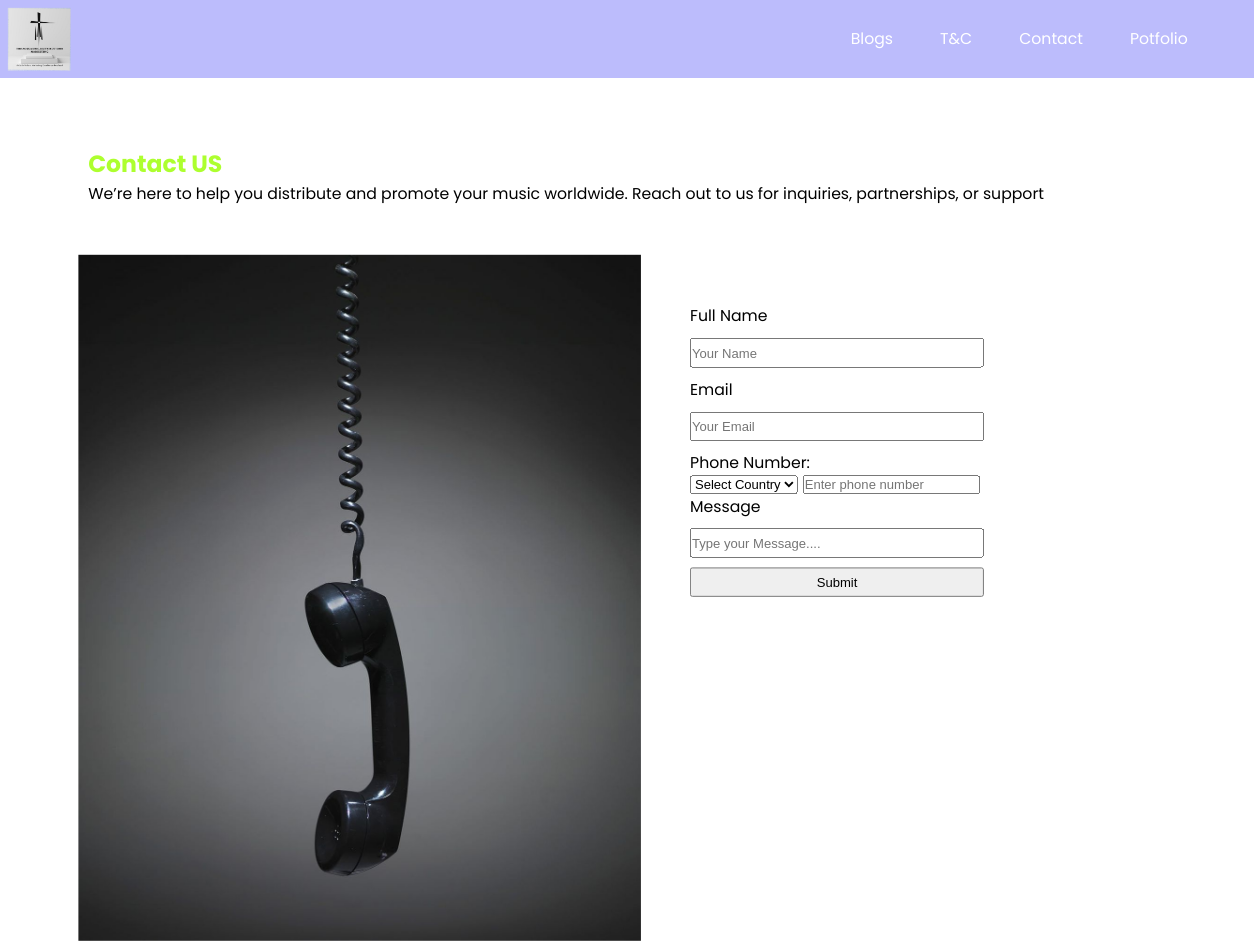
Repository: Ikebobo11/theboss
Page: contact.html
The author's editor kept a copy of each file at every save. The page is drawn from the files as they stood at one save, then again after a run of saves.
The browser window is 1280 px wide. The pictures show the whole page, at 98% of full size.

Above is the page before, as saved 2025-08-15 09:28:04.

After the next 4 saves:
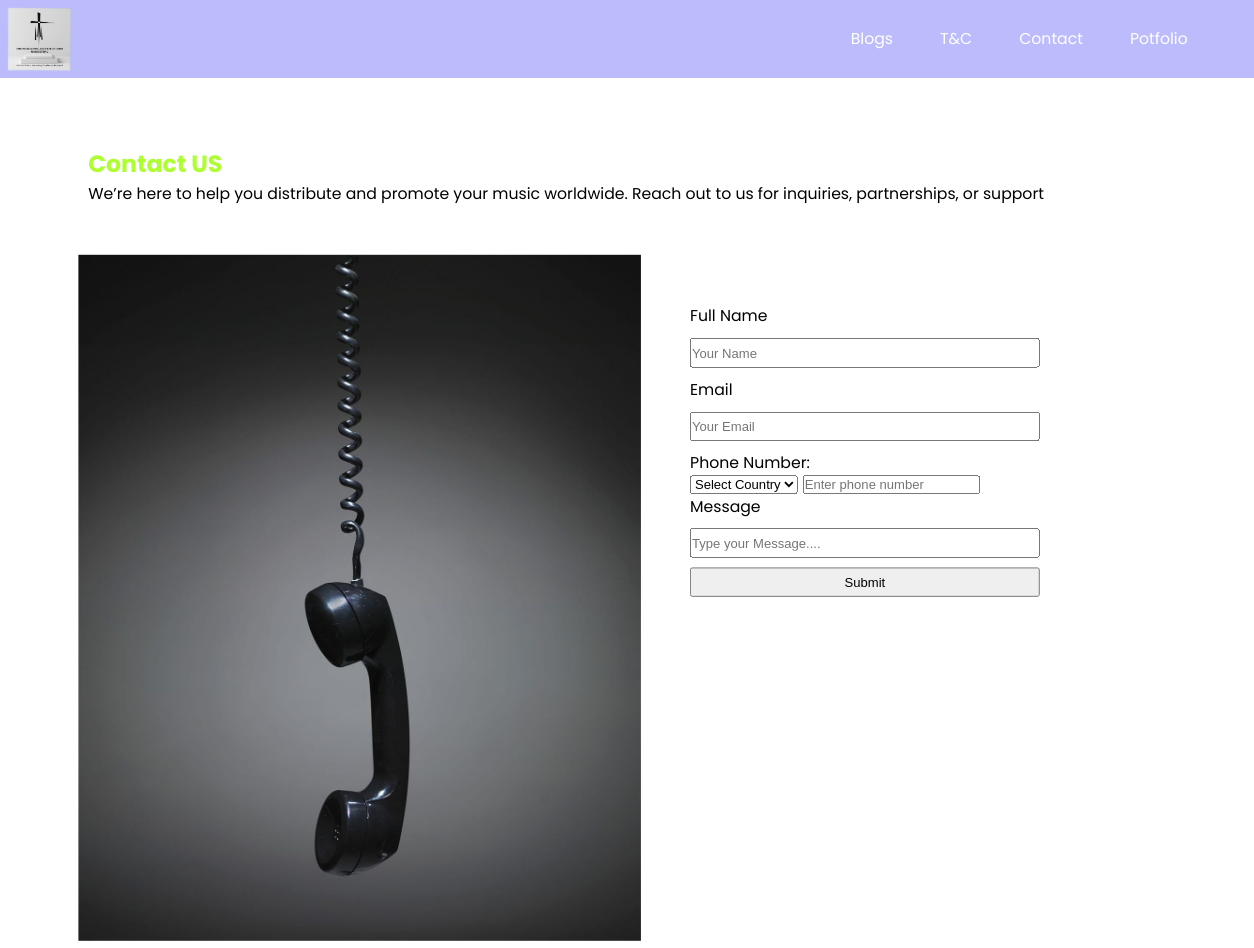
The 4 saves are shown as one change because they came seconds apart.
The last was saved 13 s later.
--- a/contact.css
+++ b/contact.css
@@ -138,7 +138,7 @@ form{
   padding: 50px;
 }
 form>input{
-  width:300px;
+  width:80%;
   display: block;
   height: 30px;
   margin-block: 10px;
